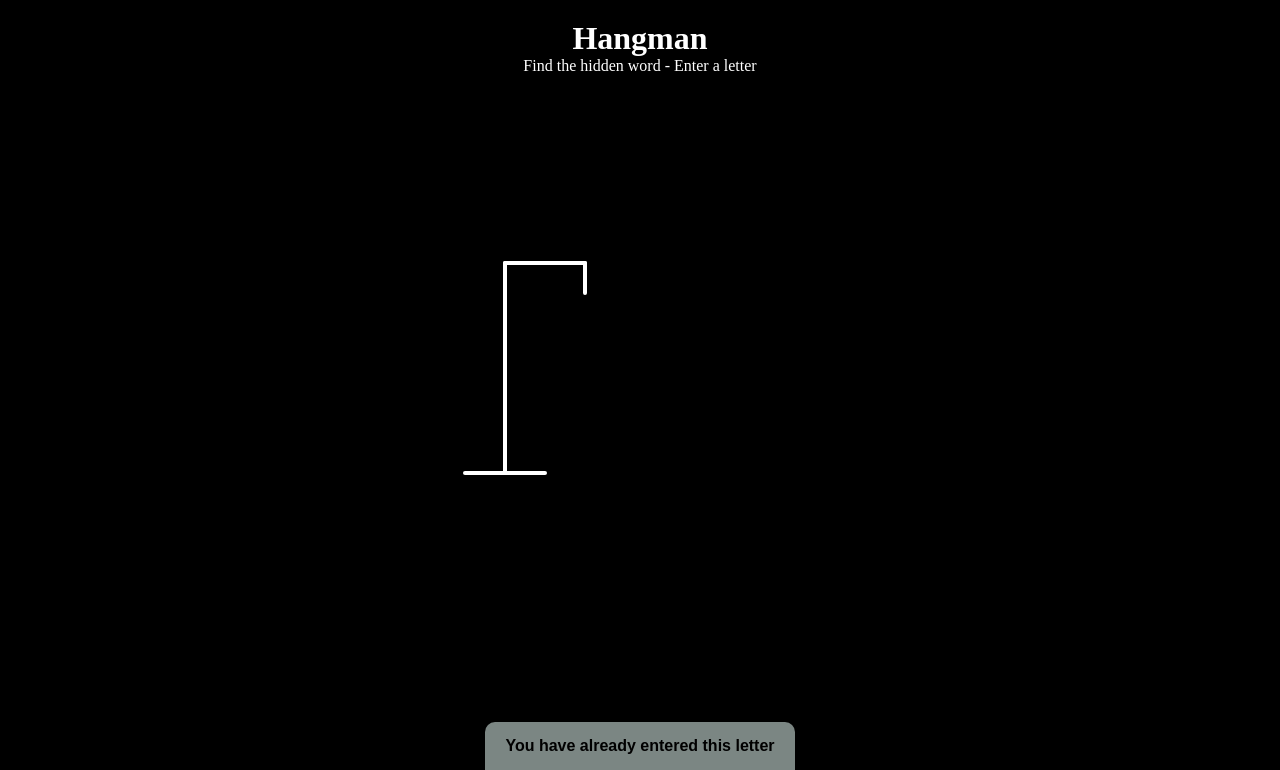
Repository: CAMPSLOPY/HangMan
Page: index.html
The author's editor kept a copy of each file at every save. The page is drawn from the files as they stood at one save, then again after a run of saves.
The browser window is 1280 px wide. The pictures show the whole page.
Some web fonts or font styles are not loaded; a fallback is used.

Above is the page before, as saved 2021-01-27 13:42:32.
Console error: SyntaxError: Unexpected identifier 'd'

After the next 6 saves:
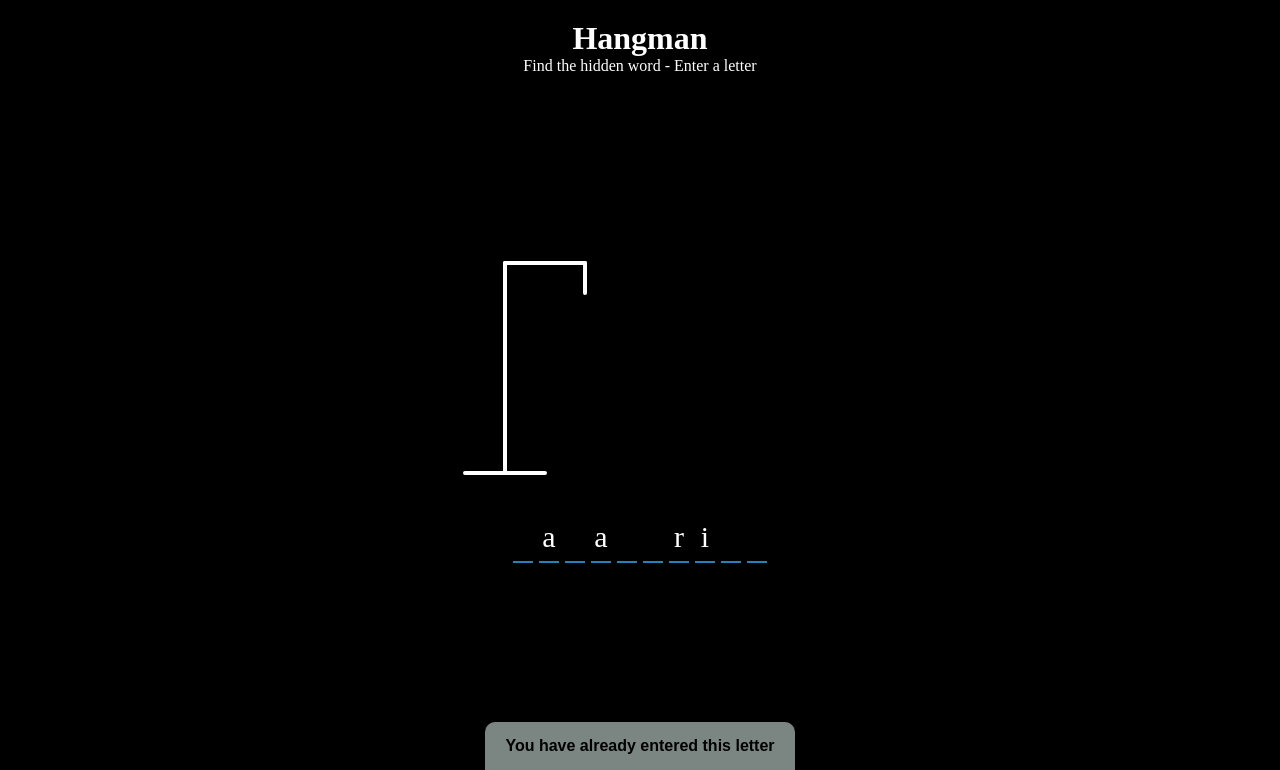
The error is gone.
The 6 saves are shown as one change because they came seconds apart.
The last was saved 18 s later.
--- a/app.js
+++ b/app.js
@@ -21,7 +21,7 @@ const selectedWords = words[Math.floor(Math.random() * words.length)];
 // we need two arrays to store both the correct  and incorrect letters
 
 const wrongLetters = [];
-const correctLetters = ['w','i','z','a','r,'d];
+const correctLetters = ['w','i','z','a','r','d'];
 
 //  SHOW HIDDEN WORDS
 function displayWord() {
